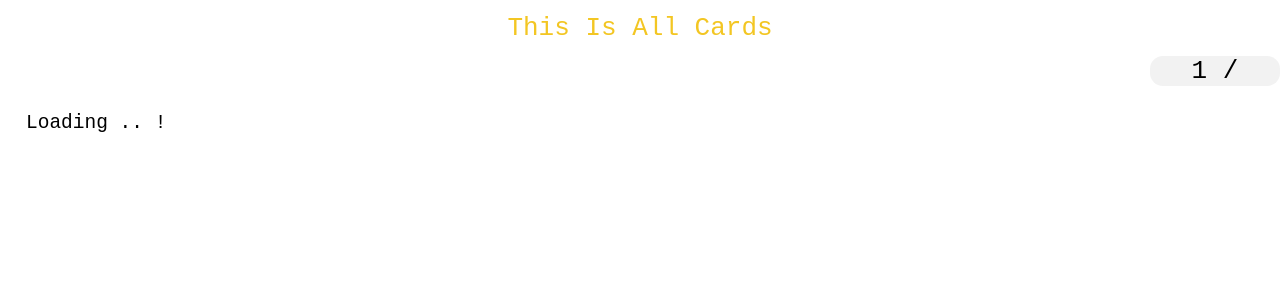
Repository: rehamtaher10/reactQueryTask
Page: /
These files come from the project's save history. The page is drawn as it stood at one moment and after the next save; the edit follows.
The browser window is 1280 px wide. The pictures show the whole page.
The page's requests for data from a server got no answer. The project was rebuilt for these pictures with package versions that can differ from the ones it lists, and the page was loaded fresh each time. No one was signed in, and anything a server would have sent is missing. Also part of the build but not shown: vite.config.js.

Above is the page before, as saved 2024-12-07 20:09:16.

After the next save:
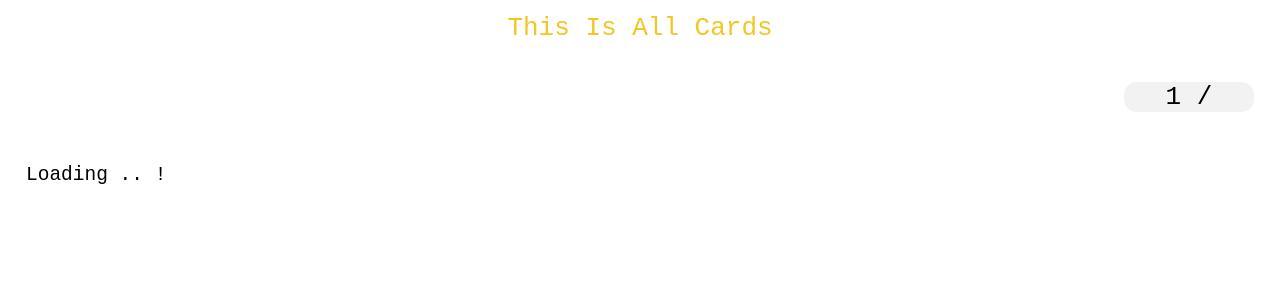
Saved 16 s later.
--- a/src/style/app.css
+++ b/src/style/app.css
@@ -47,6 +47,7 @@ h1{
     font-size: 2rem;
 }
 .pagination{
+    padding: 2em;
     direction: rtl;
 }
 .pagination p{
